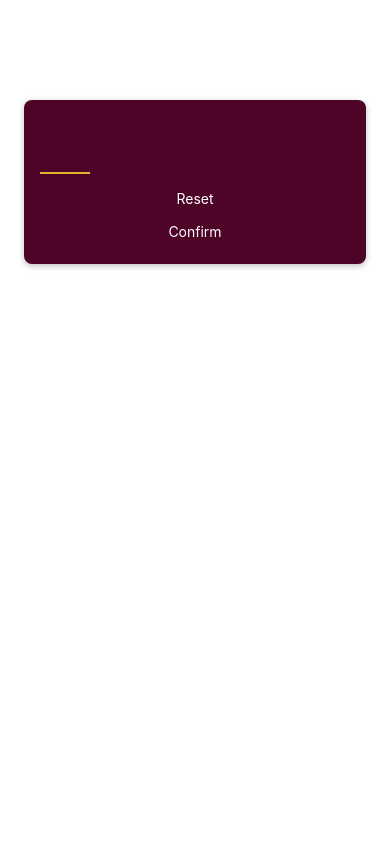
Repository: GarlicButterBoy/Number-Guessing-Game
Screen: /
These files come from the project's save history. The screen is drawn as it stood at one moment and after the next save; the edit follows.
The app was drawn by React Native's web renderer in a window 390 px wide. The project was rebuilt for these pictures with package versions that can differ from the ones it lists, and the page was loaded fresh each time.

Above is the screen before, as saved 2024-05-03 09:06:39.

### App.js
import { StyleSheet, Text, View } from "react-native";
import StartGameScreen from "./screens/StartGameScreen";

export default function App() {
  return <StartGameScreen />;
}

const styles = StyleSheet.create({
  container: {
    flex: 1,
    backgroundColor: "#fff",
    alignItems: "center",
    justifyContent: "center",
  },
});

### screens/StartGameScreen.js
import { View, TextInput, StyleSheet } from "react-native";
import PrimaryButton from "../components/PrimaryButton";

function StartGameScreen() {
  return (
    <View style={styles.inputContainer}>
      <TextInput
        style={styles.numberInput}
        maxLength={2}
        keyboardType="number-pad"
        autoCapitalize="none"
        autoCorrect={false}
      ></TextInput>
      <PrimaryButton>Reset</PrimaryButton>
      <PrimaryButton>Confirm</PrimaryButton>
    </View>
  );
}

export default StartGameScreen;

const styles = StyleSheet.create({
  inputContainer: {
    padding: 16,
    marginTop: 100,
    marginHorizontal: 24,
    borderRadius: 8,
    backgroundColor: "#4e0329",
    elevation: 6,
    shadowColor: "black",
    shadowOffset: { width: 0, height: 2 },
    shadowRadius: 6,
    shadowOpacity: 0.25,
  },
  numberInput: {
    height: 50,
    width: 50,
    fontSize: 32,
    borderBottomColor: "#ddb52f",
    borderBottomWidth: 2,
    color: "#ddb52f",
    marginVertical: 8,
    fontWeight: "bold",
    textAlign: "center",
  },
});

### components/PrimaryButton.js
import { View, Text, Pressable, StyleSheet } from "react-native";

function PrimaryButton({ children }) {
  function pressHandler() {
    console.log("Pressed!");
  }
  return (
    <View style={styles.buttonOuterContainer}>
      <Pressable
        style={styles.buttonOuterContainer}
        onPress={pressHandler}
        android_ripple={{ color: "#640233" }}
      >
        <Text style={styles.buttonText}>{children}</Text>
      </Pressable>
    </View>
  );
}

export default PrimaryButton;

const styles = StyleSheet.create({
  buttonOuterContainer: { borderRadius: 28, margin: 4, overflow: "hidden" },
  buttonInnerContainer: {
    backgroundColor: "#72063c",
    paddingVertical: 8,
    paddingHorizontal: 16,
    elevation: 2,
  },
  buttonText: {
    color: "white",
    textAlign: "center",
  },
});

After the next save:
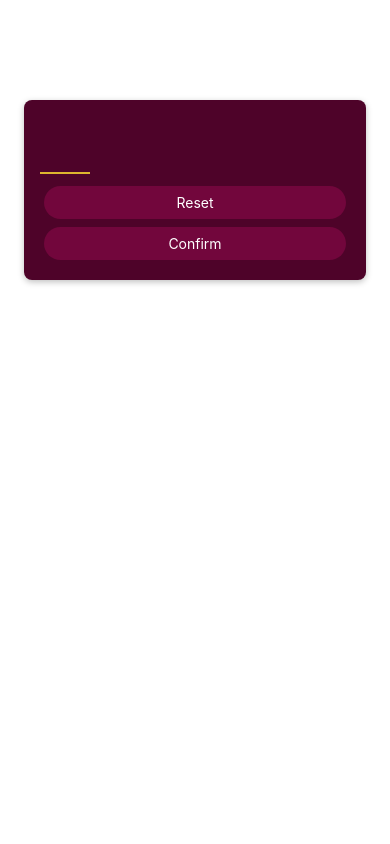
Saved 6 s later.
--- a/components/PrimaryButton.js
+++ b/components/PrimaryButton.js
@@ -7,7 +7,7 @@ function PrimaryButton({ children }) {
   return (
     <View style={styles.buttonOuterContainer}>
       <Pressable
-        style={styles.buttonOuterContainer}
+        style={styles.buttonInnerContainer}
         onPress={pressHandler}
         android_ripple={{ color: "#640233" }}
       >
